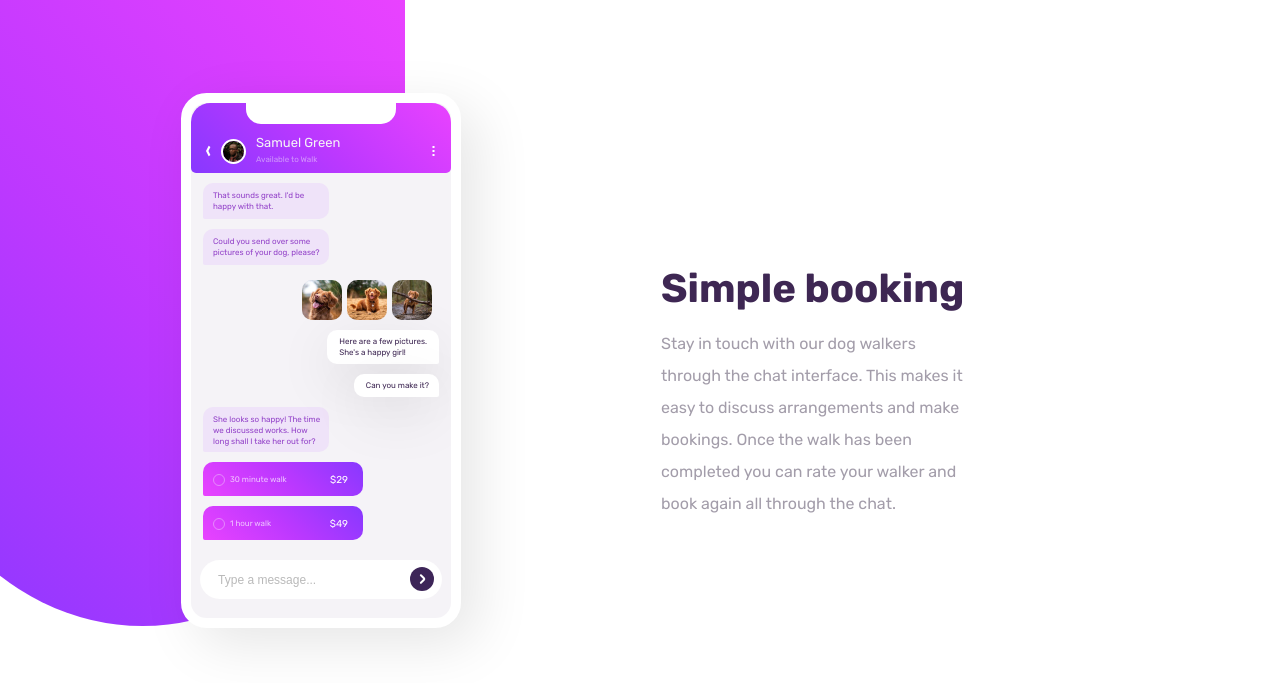
Repository: KamoliddinGIT/chat-app-css-illustration
Page: index.html
These files come from the project's save history. The page is drawn as it stood at one moment and after the next save; the edit follows.
The browser window is 1280 px wide. The pictures show the whole page.

Above is the page before, as saved 2023-09-25 20:00:30.

After the next save:
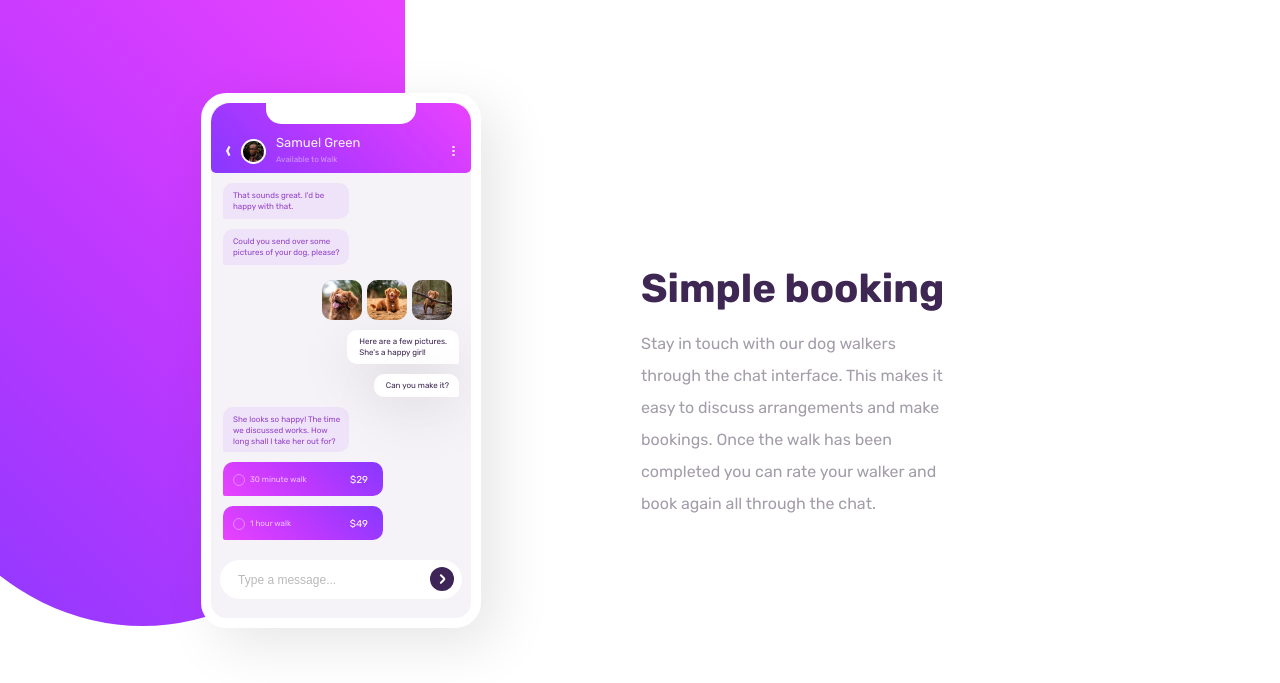
Saved 8 s later.
--- a/css/style.css
+++ b/css/style.css
@@ -9,7 +9,7 @@
   height: 100vh;
   display: flex;
   justify-content: center;
-  gap: 200px;
+  gap: 160px;
   align-items: center;
   background-color: white;
   font-family: "Rubik", sans-serif;
